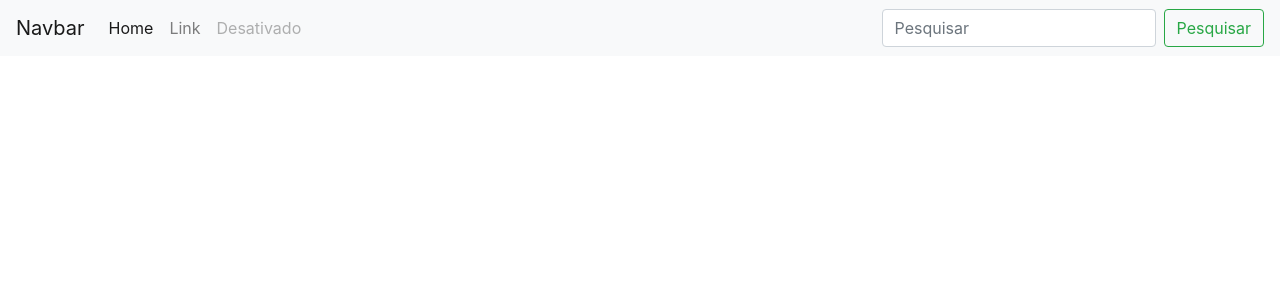
Repository: SolanoBarcelos/AtvPratMod4
Page: CrudJAVA/AtvPratMod4/src/main/webapp/index.html
These files come from the project's save history. The page is drawn as it stood at one moment and after the next save; the edit follows.
The browser window is 1280 px wide. The pictures show the whole page.

Above is the page before, as saved 2022-02-13 19:31:46.

After the next save:
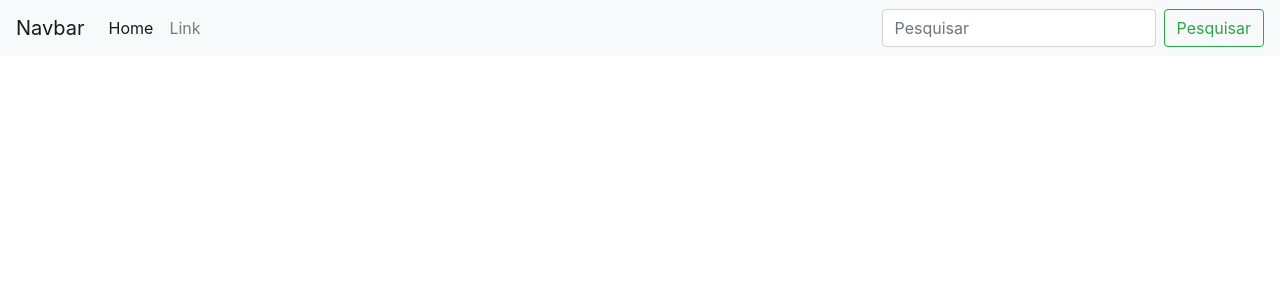
Saved 40 s later.
--- a/CrudJAVA/AtvPratMod4/src/main/webapp/index.html
+++ b/CrudJAVA/AtvPratMod4/src/main/webapp/index.html
@@ -24,9 +24,6 @@
       <li class="nav-item">
         <a class="nav-link" href="#">Link</a>
       </li>
-      <li class="nav-item">
-        <a class="nav-link disabled" href="#">Desativado</a>
-      </li>
     </ul>
     <form class="form-inline my-2 my-lg-0">
       <input class="form-control mr-sm-2" type="search" placeholder="Pesquisar" aria-label="Pesquisar">
